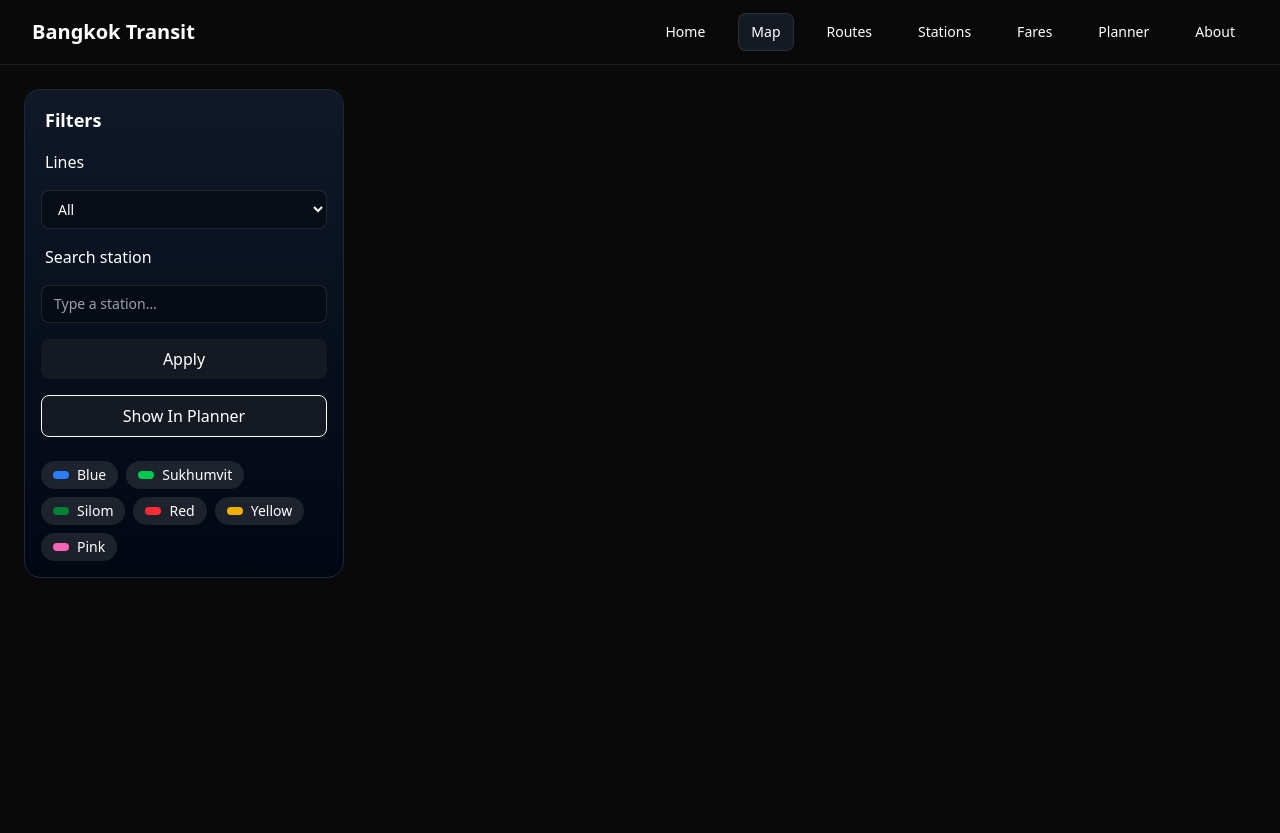
Repository: pyaestk/Bangkok-transit-map
Page: /map
The author's editor kept a copy of each file at every save. The page is drawn from the files as they stood at one save, then again after the next save.
The browser window is 1280 px wide. The pictures show the whole page.
The project was rebuilt for these pictures with package versions that can differ from the ones it lists, and the page was loaded fresh each time. Also part of the build but not shown: vite.config.ts, src/pages/Home.tsx, src/pages/Planner.tsx, src/pages/Stations.tsx, src/pages/TrainRoutes.tsx, src/pages/Fares.tsx, src/pages/About.tsx.

Above is the page before, as saved 2025-10-04 10:30:06.

### index.html
<!doctype html>
<html lang="en">
  <head>
    <meta charset="UTF-8" />
    <link rel="icon" type="image/svg+xml" href="/vite.svg" />
    <meta name="viewport" content="width=device-width, initial-scale=1.0" />
    <title>bangkok-transit-map</title>
  </head>
  <body>
    <div id="root"></div>
    <script type="module" src="/src/main.tsx"></script>
  </body>
</html>

### src/main.tsx
import { StrictMode } from 'react'
import { createRoot } from 'react-dom/client'
import './index.css'
import App from './App.tsx'
import { BrowserRouter as Router } from 'react-router'

createRoot(document.getElementById('root')!).render(
  <StrictMode>
    <Router>
      <App />
    </Router>
  </StrictMode>,
)

### src/App.tsx
import "./App.css";
import NavBar from "./component/NavBar";
import { Routes, Route } from "react-router-dom";
import Home from "./pages/Home";
import Map from "./pages/Map";
import Planner from "./pages/Planner";
import Stations from "./pages/Stations";
import TrainRoutes from "./pages/TrainRoutes";
import Fares from "./pages/Fares";
import About from "./pages/About";


function App() {
  return (
    <div className="min-h-screen flex flex-col">
      {/* Navbar at the top */}
      <NavBar />

      {/* Main content area */}
      <main className="flex-1 p-6">
        <Routes>
          <Route
            path="/"
            element={ <Home/> }
          />
          <Route
            path="/map"
            element={ <Map/> }
          />
          <Route
            path="/planner"
            element={ <Planner/>}
          />
          <Route
            path="/routes"
            element={<TrainRoutes/>}
          />
          <Route
            path="/stations"
            element={<Stations/>}
          />
          <Route
            path="/fares"
            element={<Fares/>}
          />
          <Route
            path="/about"
            element={<About/>}
          />
        </Routes>
      </main>
    </div>
  );
}

export default App;

### src/App.css
@import "tailwindcss";

:root {
  background: #0a0a0a;
}

### src/component/NavBar.tsx
import { NavLink } from "react-router-dom";
import { useState } from "react";

function NavBar() {
  const [open, setOpen] = useState(false);

  const baseClasses =
    "px-3 py-2 text-sm border border-transparent block text-center";
  const inactiveClasses = "text-white transition-colors";
  const activeClasses = "bg-[#151922] border rounded-lg text-white border-white/10";

  const links = [
    { to: "/", label: "Home" },
    { to: "/map", label: "Map" },
    { to: "/routes", label: "Routes" },
    { to: "/stations", label: "Stations" },
    { to: "/fares", label: "Fares" },
    { to: "/planner", label: "Planner" },
    { to: "/about", label: "About" },
  ];

  return (
    <nav className="sticky top-0 z-50 bg-[#0a0a0a4d] border-b border-white/10 backdrop-blur-[8px]">
      <div className="max-w-7xl mx-auto px-4 sm:px-6 lg:px-8">
        <div className="flex items-center justify-between h-16">
          {/* Left side (Logo / Brand) */}
          <div className="flex-shrink-0 text-white text-xl font-bold">
            Bangkok Transit
          </div>

          {/* Desktop links */}
          <div className="hidden md:flex space-x-5">
            {links.map((l) => (
              <NavLink
                key={l.to}
                to={l.to}
                className={({ isActive }) =>
                  `${baseClasses} ${isActive ? activeClasses : inactiveClasses}`
                }
              >
                {l.label}
              </NavLink>
            ))}
          </div>

          {/* Mobile hamburger button */}
          <div className="md:hidden">
            <button
              aria-label="Toggle menu"
              onClick={() => setOpen((s) => !s)}
              className="inline-flex items-center justify-center p-2 rounded-md text-white hover:bg-white/5 focus:outline-none focus:ring-2 focus:ring-white"
            >
              <span className="sr-only">Open main menu</span>
              {/* Hamburger / X icon */}
              <svg
                className={`h-6 w-6 ${open ? "hidden" : "block"}`}
                xmlns="http://www.w3.org/2000/svg"
                fill="none"
                viewBox="0 0 24 24"
                strokeWidth={2}
                stroke="currentColor"
                aria-hidden="true"
              >
                <path
                  strokeLinecap="round"
                  strokeLinejoin="round"
                  d="M3 6h18M3 12h18M3 18h18"
                />
              </svg>
              <svg
                className={`h-6 w-6 ${open ? "block" : "hidden"}`}
                xmlns="http://www.w3.org/2000/svg"
                fill="none"
                viewBox="0 0 24 24"
                strokeWidth={2}
                stroke="currentColor"
                aria-hidden="true"
              >
                <path
                  strokeLinecap="round"
                  strokeLinejoin="round"
                  d="M6 18L18 6M6 6l12 12"
                />
              </svg>
            </button>
          </div>
        </div>
      </div>

      {/* Mobile menu, shown when open is true */}
      <div className={`md:hidden ${open ? "block" : "hidden"} `}>
        <div className="px-2 pt-2 pb-3 space-y-1">
          {links.map((l) => (
            <NavLink
              key={l.to}
              to={l.to}
              onClick={() => setOpen(false)}
              className={({ isActive }) =>
                `${baseClasses} ${isActive ? activeClasses : inactiveClasses}`
              }
            >
              {l.label}
            </NavLink>
          ))}
        </div>
      </div>
    </nav>
  );
}

export default NavBar;

### src/pages/Map.tsx
import FiltersCard from "../component/FiltersCard";

export default function Map() {
  return (
    <div className="min-h-screen">
      <FiltersCard/>
    </div>
  )
}

### src/component/FiltersCard.tsx
export default function FiltersCard() {
  return (
    <div className="p-4 rounded-2xl bg-gradient-to-b from-gray-900 to-gray-950 border border-gray-800 shadow-lg w-80 text-white">
      <h2 className="text-lg font-bold mb-4 mx-1">Filters</h2>

      {/* Lines */}
      <label className="block my-4 mx-1">Lines</label>
      <select className="w-full px-3 py-2 rounded-lg bg-black/30 border border-white/10 focus:outline-none text-sm">
        <option>All</option>
        <option>Blue</option>
        <option>Red</option>
        <option>Yellow</option>
      </select>

      {/* Search station */}
      <label className="block my-4 mx-1">Search station</label>
      <input
        type="text"
        placeholder="Type a station…"
        className="w-full text-sm px-3 py-2 rounded-lg bg-black/30 border border-white/10 placeholder-gray-400 focus:outline-none"
      />

      {/* Buttons */}
      <div className="flex flex-col space-y-4 mt-4">
        <button className="px-4 py-2 rounded-lg bg-[#151922] text-white hover:bg-white/10">Apply</button>
        <button className="px-4 py-2 rounded-lg bg-[#151922] border text-white hover:bg-white/10">Show In Planner</button>
      </div>

      {/* Line Pills */}
      <div className="flex flex-wrap gap-2 mt-6 text-sm">
        <span className="flex items-center px-3 py-1 rounded-full bg-white/10">
          <span className="w-4 h-2 rounded-full bg-blue-500 mr-2"></span>
          Blue
        </span>
        <span className="flex items-center px-3 py-1 rounded-full bg-white/10">
          <span className="w-4 h-2 rounded-full bg-green-500 mr-2"></span>
          Sukhumvit
        </span>
        <span className="flex items-center px-3 py-1 rounded-full bg-white/10">
          <span className="w-4 h-2 rounded-full bg-green-700 mr-2"></span>
          Silom
        </span>
        <span className="flex items-center px-3 py-1 rounded-full bg-white/10">
            <span className="w-4 h-2 rounded-full bg-red-500 mr-2"></span> Red
        </span>
        <span className="flex items-center px-3 py-1 rounded-full bg-white/10">
            <span className="w-4 h-2 rounded-full bg-yellow-500 mr-2"></span> Yellow
        </span>
        <span className="flex items-center px-3 py-1 rounded-full bg-white/10">
            <span className="w-4 h-2 rounded-full bg-pink-400 mr-2"></span> Pink
        </span>
      </div>
    </div>
  )
}

Loaded but not shown: src/index.css (common file)

After the next save:
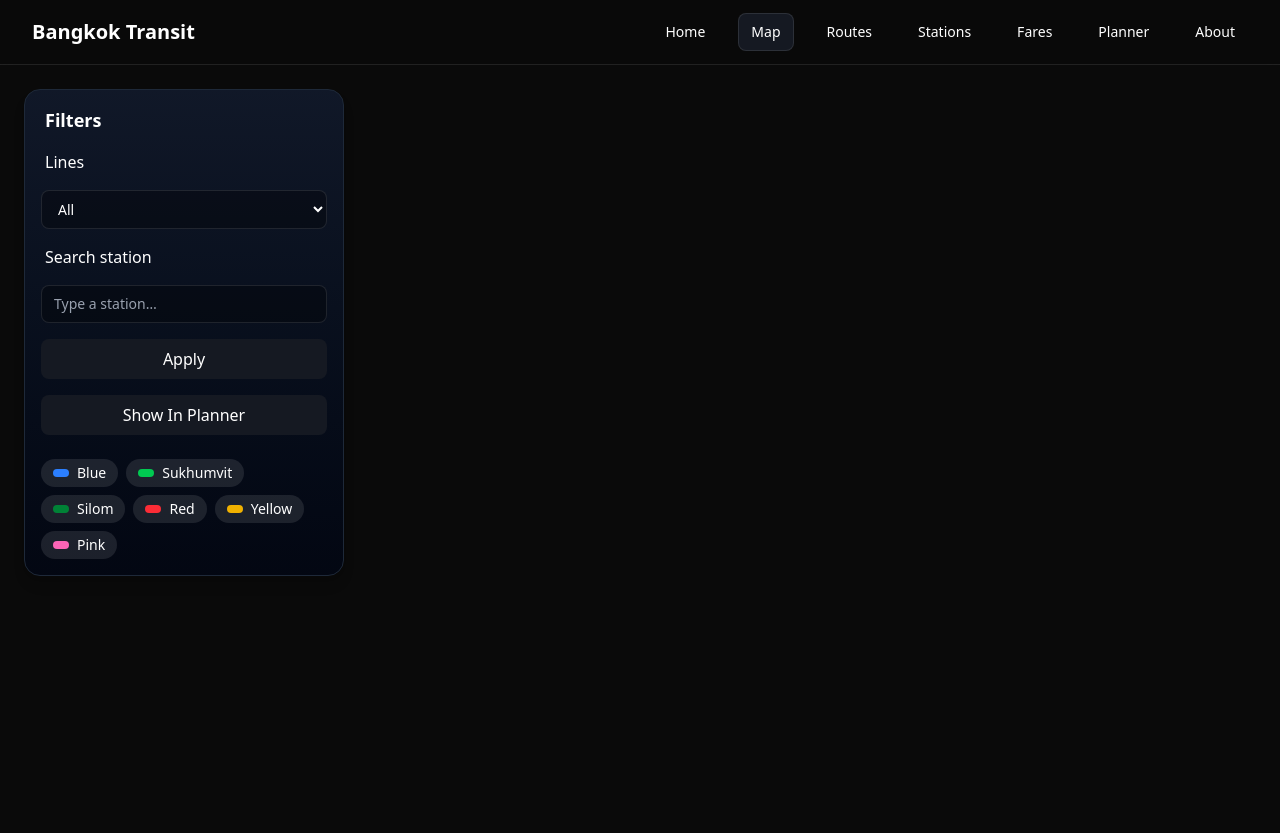
Saved 4 s later.
--- a/src/component/FiltersCard.tsx
+++ b/src/component/FiltersCard.tsx
@@ -23,7 +23,7 @@ export default function FiltersCard() {
       {/* Buttons */}
       <div className="flex flex-col space-y-4 mt-4">
         <button className="px-4 py-2 rounded-lg bg-[#151922] text-white hover:bg-white/10">Apply</button>
-        <button className="px-4 py-2 rounded-lg bg-[#151922] border text-white hover:bg-white/10">Show In Planner</button>
+        <button className="px-4 py-2 rounded-lg bg-[#151922] text-white hover:bg-white/10">Show In Planner</button>
       </div>
 
       {/* Line Pills */}
